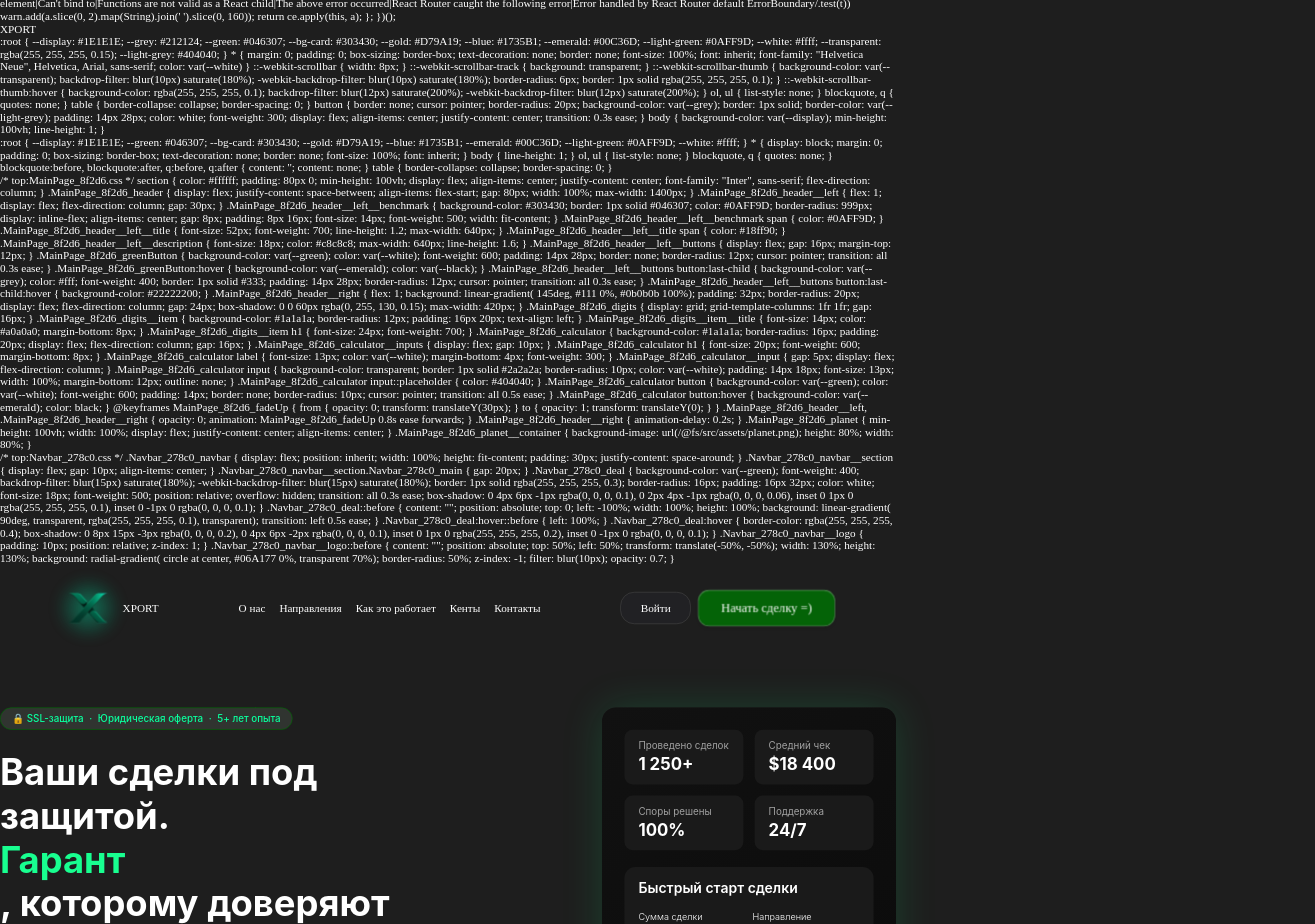
Repository: 1mpuryyyyy/x-port
Page: /x-port/
The author's editor kept a copy of each file at every save. The page is drawn from the files as they stood at one save, then again after the next save.
The browser window is 1280 px wide. The page is 1879 px wide, so the pictures cover 1879 px, including what lies to the right of the window. The pictures show the part of the page from y = 922 to 2242 px (the page is 3248 px tall), at 70% of full size.
The project was rebuilt for these pictures with package versions that can differ from the ones it lists, and the page was loaded fresh each time. Also part of the build but not shown: vite.config.js.

Above is the page before, as saved 2025-10-09 02:49:18.

### index.html
<!doctype html>
<html lang="en">

<head>
    <meta charset="UTF-8" />
    <link rel="icon" type="image/svg+xml" href="/logo.svg" />
    <meta name="viewport" content="width=device-width, initial-scale=1.0" />
    <title>XPORT</title>
</head>

<body>
    <div id="root"></div>
    <script type="module" src="/src/main.jsx"></script>
</body>

</html>

### src/index.css
:root {
    --display: #1E1E1E;
    --grey: #212124;
    --green: #046307;
    --bg-card: #303430;
    --gold: #D79A19;
    --blue: #1735B1;
    --emerald: #00C36D;
    --light-green: #0AFF9D;
    --white: #ffff;
    --transparent: rgba(255, 255, 255, 0.15);
    --light-grey: #404040;
}

* {
    margin: 0;
    padding: 0;
    box-sizing: border-box;
    text-decoration: none;
    border: none;
    font-size: 100%;
    font: inherit;
    font-family: "Helvetica Neue", Helvetica, Arial, sans-serif;
    color: var(--white)
}

::-webkit-scrollbar {
    width: 8px;
}

::-webkit-scrollbar-track {
    background: transparent;
}

::-webkit-scrollbar-thumb {
    background-color: var(--transparent);
    backdrop-filter: blur(10px) saturate(180%);
    -webkit-backdrop-filter: blur(10px) saturate(180%);
    border-radius: 6px;
    border: 1px solid rgba(255, 255, 255, 0.1);
}

::-webkit-scrollbar-thumb:hover {
    background-color: rgba(255, 255, 255, 0.1);
    backdrop-filter: blur(12px) saturate(200%);
    -webkit-backdrop-filter: blur(12px) saturate(200%);
}

ol,
ul {
    list-style: none;
}

blockquote,
q {
    quotes: none;
}

table {
    border-collapse: collapse;
    border-spacing: 0;
}

button {
    border: none;
    cursor: pointer;
    border-radius: 20px;
    background-color: var(--grey);
    border: 1px solid;
    border-color: var(--light-grey);
    padding: 14px 28px;
    color: white;
    font-weight: 300;
    display: flex;
    align-items: center;
    justify-content: center;
    transition: 0.3s ease;
}

body {
    background-color: var(--display);
    min-height: 100vh;
    line-height: 1;
}

### src/App.jsx
import { Provider } from "react-redux";
import { RouterProvider, createBrowserRouter } from "react-router-dom";
import "./App.css";
import { MainPage } from "./components/MainPage/MainPage.jsx";
import Layout from "./components/Layout.jsx";

const router = createBrowserRouter(
    [
        {
            path: "/",
            element: <Layout />,
            children: [
                {
                    path: "",
                    element: <MainPage />,
                },
            ],
        },
    ],
    {
        basename: '/x-port',
    }
);


function App() {
    return (
        <>
            {/* <Provider store={store}> */}
            <RouterProvider router={router}></RouterProvider>
            {/* </Provider> */}
        </>
    );
}

export default App;

### src/App.css
:root {
    --display: #1E1E1E;
    --green: #046307;
    --bg-card: #303430;
    --gold: #D79A19;
    --blue: #1735B1;
    --emerald: #00C36D;
    --light-green: #0AFF9D;
    --white: #ffff;
}

* {
    display: block;
    margin: 0;
    padding: 0;
    box-sizing: border-box;
    text-decoration: none;
    border: none;
    font-size: 100%;
    font: inherit;
}

body {
    line-height: 1;
}

ol,
ul {
    list-style: none;
}

blockquote,
q {
    quotes: none;
}

blockquote:before,
blockquote:after,
q:before,
q:after {
    content: '';
    content: none;
}

table {
    border-collapse: collapse;
    border-spacing: 0;
}

### src/components/MainPage/MainPage.jsx
import style from './MainPage.module.css';

export const MainPage = () => {
    return (
        <section>
            <div className={style.header}>
                <div className={style.header__left}>
                    <div className={style.header__left__benchmark}>
                        <span>🔒 SSL-защита</span>
                        <span>·</span>
                        <span>Юридическая оферта</span>
                        <span>·</span>
                        <span>5+ лет опыта</span>
                    </div>

                    <h1 className={style.header__left__title}>Ваши сделки под защитой. <span>Гарант</span>, которому доверяют</h1>
                    <p className={style.header__left__description}>XPORT Escrow фиксирует средства и переведёт их продавцу только после вашего подтверждения получения товара или услуги. Подходит для авто, криптовалют и предметов люкса</p>
                    <div className={style.header__left__buttons}>
                        <button className={style.greenButton}>Начать сделку {">"} </button>
                        <button>Как это работает </button>
                    </div>
                </div>
                <div className={style.header__right}>
                    <div className={style.digits}>
                        <div className={style.digits__item}>
                            <p className={style.digits__item__title}>Проведено сделок</p>
                            <h1>1 250+</h1>
                        </div>
                        <div className={style.digits__item}>
                            <p className={style.digits__item__title}>Средний чек</p>
                            <h1>$18 400</h1>
                        </div>
                        <div className={style.digits__item}>
                            <p className={style.digits__item__title}>Споры решены</p>
                            <h1>100%</h1>
                        </div>
                        <div className={style.digits__item}>
                            <p className={style.digits__item__title}>Поддержка</p>
                            <h1>24/7</h1>
                        </div>
                    </div>
                    <div className={style.calculator}>
                        <h1>Быстрый старт сделки</h1>
                        <div className={style.calculator__inputs}>
                            <div className={style.calculator__input}>
                                <label htmlFor="amount">Сумма сделки</label>
                                <input type="text" id="amount" placeholder="25 000 $" />
                            </div>
                            <div className={style.calculator__input}>
                                <label htmlFor="direction">Направление</label>
                                <input type="text" id="direction" placeholder="Недвижимость" />
                            </div>
                        </div>
                        <div>
                            <button>Рассчитать комиссию</button>
                        </div>
                    </div>
                </div>
            </div>
            <div className={style.planet}>
                <div className={style.planet__container}>
                    <h1>На любой точке планеты</h1>
                    <p>купи купи купи купи купи купи купи купи купи купи купи купи купи купи купи купи купи</p>
                    <button className={style.greenButton}>Начать сделку ={">"}</button>
                </div>
            </div>
        </section>
    );
}

### src/components/Layout.jsx
// import { useSelector } from "react-redux";
import { Navigate, Outlet } from "react-router-dom";
import Navbar from "./Navbar/Navbar.jsx";;

export default function Layout() {
    // const isAuthenticated = useSelector(state => state.auth.isAuthenticated);
    return (
        <div>
            {/* {!isAuthenticated && <Navigate to={"/"} />} */}
            <Navbar />
            <Outlet />
        </div>
    );
}

### src/components/MainPage/MainPage.module.css
section {
    color: #ffffff;
    padding: 80px 0;
    min-height: 100vh;
    display: flex;
    align-items: center;
    justify-content: center;
    font-family: 'Inter', sans-serif;
    flex-direction: column;
}

/* Общий контейнер */
.header {
    display: flex;
    justify-content: space-between;
    align-items: flex-start;
    gap: 80px;
    width: 100%;
    max-width: 1400px;
}

/* Левая часть */
.header__left {
    flex: 1;
    display: flex;
    flex-direction: column;
    gap: 30px;
}

.header__left__benchmark {
    background-color: #303430;
    border: 1px solid #046307;
    color: #0AFF9D;
    border-radius: 999px;
    display: inline-flex;
    align-items: center;
    gap: 8px;
    padding: 8px 16px;
    font-size: 14px;
    font-weight: 500;
    width: fit-content;
}

.header__left__benchmark span {
    color: #0AFF9D;
}

.header__left__title {
    font-size: 52px;
    font-weight: 700;
    line-height: 1.2;
    max-width: 640px;
}

.header__left__title span {
    color: #18ff90;
}

.header__left__description {
    font-size: 18px;
    color: #c8c8c8;
    max-width: 640px;
    line-height: 1.6;
}

.header__left__buttons {
    display: flex;
    gap: 16px;
    margin-top: 12px;
}

.greenButton {
    background-color: var(--green);
    color: var(--white);
    font-weight: 600;
    padding: 14px 28px;
    border: none;
    border-radius: 12px;
    cursor: pointer;
    transition: all 0.3s ease;
}

.greenButton:hover {
    background-color: var(--emerald);
    color: var(--black);
}

.header__left__buttons button:last-child {
    background-color: var(--grey);
    color: #fff;
    font-weight: 400;
    border: 1px solid #333;
    padding: 14px 28px;
    border-radius: 12px;
    cursor: pointer;
    transition: all 0.3s ease;
}

.header__left__buttons button:last-child:hover {
    background-color: #22222200;
}

/* Правая часть */
.header__right {
    flex: 1;
    background: linear-gradient(145deg, #111 0%, #0b0b0b 100%);

    padding: 32px;
    border-radius: 20px;
    display: flex;
    flex-direction: column;
    gap: 24px;
    box-shadow: 0 0 60px rgba(0, 255, 130, 0.15);
    max-width: 420px;
}

/* Цифры */
.digits {
    display: grid;
    grid-template-columns: 1fr 1fr;
    gap: 16px;
}

.digits__item {
    background-color: #1a1a1a;
    border-radius: 12px;
    padding: 16px 20px;
    text-align: left;
}

.digits__item__title {
    font-size: 14px;
    color: #a0a0a0;
    margin-bottom: 8px;
}

.digits__item h1 {
    font-size: 24px;
    font-weight: 700;
}

/* Калькулятор */
.calculator {
    background-color: #1a1a1a;
    border-radius: 16px;
    padding: 20px;
    display: flex;
    flex-direction: column;
    gap: 16px;
}

.calculator__inputs {
    display: flex;
    gap: 10px;
}

.calculator h1 {
    font-size: 20px;
    font-weight: 600;
    margin-bottom: 8px;
}

.calculator label {
    font-size: 13px;
    color: var(--white);
    margin-bottom: 4px;
    font-weight: 300;
}

.calculator__input {
    gap: 5px;
    display: flex;
    flex-direction: column;
}

.calculator input {
    background-color: transparent;
    border: 1px solid #2a2a2a;
    border-radius: 10px;
    color: var(--white);
    padding: 14px 18px;
    font-size: 13px;
    width: 100%;
    margin-bottom: 12px;
    outline: none;
}

.calculator input::placeholder {
    color: #404040;
}

.calculator button {
    background-color: var(--green);
    color: var(--white);
    font-weight: 600;
    padding: 14px;
    border: none;
    border-radius: 10px;
    cursor: pointer;
    transition: all 0.5s ease;
}

.calculator button:hover {
    background-color: var(--emerald);
    color: black;
}

@keyframes fadeUp {
    from {
        opacity: 0;
        transform: translateY(30px);
    }

    to {
        opacity: 1;
        transform: translateY(0);
    }
}

.header__left,
.header__right {
    opacity: 0;
    animation: fadeUp 0.8s ease forwards;
}

.header__right {
    animation-delay: 0.2s;
}

.planet {
    min-height: 100vh;
    width: 100%;
    display: flex;
    justify-content: center;
    align-items: center;
}

.planet__container {
    background-image: url('../../assets/planet.png');
    height: 80%;
    width: 80%;
}

### src/components/Navbar/Navbar.jsx
import { Link } from 'react-router-dom'
import style from './Navbar.module.css'
import logo from '../../assets/logo.svg'

export default function Navbar() {
    return (
        <nav className={style["navbar"]} id='navbar'>
            <div className={style.navbar__section}>
                <Link to="/" className={style.navbar__logo}>
                    <img src={logo} alt="Логотип" title='XPORT' />
                </Link>
                <p className={style.logo__title}>
                    XPORT
                </p>
            </div>
            <div className={`${style.navbar__section} ${style.main}`}>
                <Link to="/">
                    <p>О нас</p>
                </Link>
                <Link to="/">
                    <p>Направления</p>
                </Link>
                <Link to="/">
                    <p>Как это работает</p>
                </Link>
                <Link to="/">
                    <p>Кенты</p>
                </Link>
                <Link to="/">
                    <p>Контакты</p>
                </Link>
            </div>
            <div className={style.navbar__section}>
                <Link>
                    <button>Войти</button>
                </Link>
                <Link>
                    <button className={style.deal}>Начать сделку =)</button>
                </Link>
            </div>
        </nav >);
};

### src/components/Navbar/Navbar.module.css
.navbar {
    display: flex;
    position: inherit;
    width: 100%;
    height: fit-content;
    padding: 30px;
    justify-content: space-around;
}

.navbar__section {
    display: flex;
    gap: 10px;
    align-items: center;
}

.navbar__section.main {
    gap: 20px;
}

.deal {
    background-color: var(--green);
    font-weight: 400;
    backdrop-filter: blur(15px) saturate(180%);
    -webkit-backdrop-filter: blur(15px) saturate(180%);
    border: 1px solid rgba(255, 255, 255, 0.3);
    border-radius: 16px;
    padding: 16px 32px;
    color: white;
    font-size: 18px;
    font-weight: 500;
    position: relative;
    overflow: hidden;
    transition: all 0.3s ease;
    box-shadow:
        0 4px 6px -1px rgba(0, 0, 0, 0.1),
        0 2px 4px -1px rgba(0, 0, 0, 0.06),
        inset 0 1px 0 rgba(255, 255, 255, 0.1),
        inset 0 -1px 0 rgba(0, 0, 0, 0.1);
}

.deal::before {
    content: '';
    position: absolute;
    top: 0;
    left: -100%;
    width: 100%;
    height: 100%;
    background: linear-gradient(90deg,
            transparent,
            rgba(255, 255, 255, 0.1),
            transparent);
    transition: left 0.5s ease;
}

.deal:hover::before {
    left: 100%;
}

.deal:hover {
    border-color: rgba(255, 255, 255, 0.4);
    box-shadow:
        0 8px 15px -3px rgba(0, 0, 0, 0.2),
        0 4px 6px -2px rgba(0, 0, 0, 0.1),
        inset 0 1px 0 rgba(255, 255, 255, 0.2),
        inset 0 -1px 0 rgba(0, 0, 0, 0.1);
}

.navbar__logo {
    padding: 10px;
    position: relative;
    z-index: 1;
}

.navbar__logo::before {
    content: '';
    position: absolute;
    top: 50%;
    left: 50%;
    transform: translate(-50%, -50%);
    width: 130%;
    height: 130%;
    background: radial-gradient(circle at center,
            #06A177 0%,
            transparent 70%);
    border-radius: 50%;
    z-index: -1;
    filter: blur(10px);
    opacity: 0.7;
}

Loaded but not shown: src/main.jsx (common file)

After the next save:
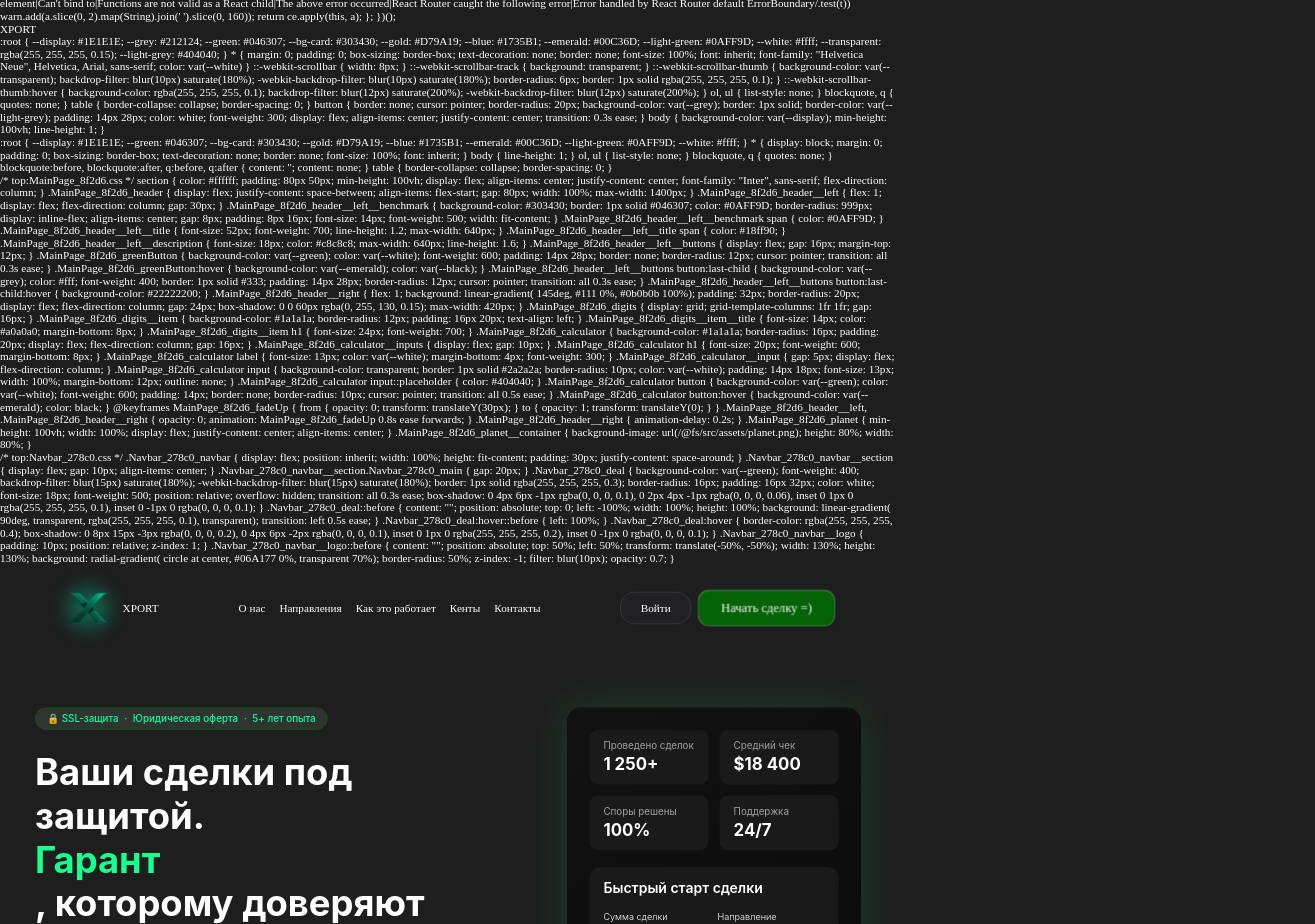
Saved 9 s later.
--- a/src/components/MainPage/MainPage.module.css
+++ b/src/components/MainPage/MainPage.module.css
@@ -1,6 +1,6 @@
 section {
     color: #ffffff;
-    padding: 80px 0;
+    padding: 80px 50px;
     min-height: 100vh;
     display: flex;
     align-items: center;
